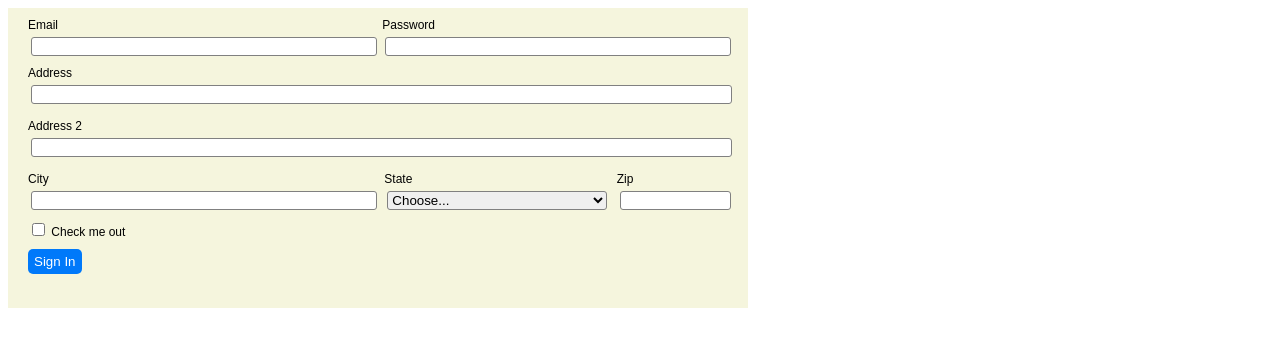
Repository: LongNguyen2504/T3H-FrondEnd
Page: Lesson3_CSS_HomeWork2.html
The author's editor kept a copy of each file at every save. The page is drawn from the files as they stood at one save, then again after the next save.
The browser window is 1280 px wide. The pictures show the whole page.

Above is the page before, as saved 2021-12-01 20:26:58.

### Lesson3_CSS_HomeWork2.html
<!DOCTYPE html>
<html lang="en">
<head>
    <meta charset="UTF-8">
    <meta http-equiv="X-UA-Compatible" content="IE=edge">
    <meta name="viewport" content="width=device-width, initial-scale=1.0">
    <title>Document</title>
    <link rel="stylesheet" href="Lesson3_CSS_HomeWork2.css">
</head>
<body>
    <div class="ancestor-div">
        <div class="email-div">
            <label class="label-position" for="input-email">Email</label><br>
            <input id="input-email" type="text" name="email" >
        </div>
        <div class="password-div">
            <label class="label-position" for="input-password">Password</label><br>
            <input id="input-password" type="password" name="password" >
        </div>
        <div class="address1">
            <label class="label-position" for="input-address1">Address</label><br>
            <input id="input-address1" type="text" name="address1" >
        </div>
        <div class="address2">
            <label class="label-position" for="input-address2">Address 2</label><br>
            <input id="input-address2" type="text" name="address2" >
        </div>
        <div class="city-div">
            <label class="label-position" for="input-city">City</label><br>
            <input type="text" name="city" id="input-city">
        </div>
        <div class="state-div">
            <label class="label-position" for="input-state">State</label><br>
            <select name="input-state" id="input-state" >
                <option value="">Choose...</option>
                <option value="">Arizona</option>
                <option value="">California</option>
            </select>

        </div>
        <div class="zip-div">
            <label class="label-position" for="input-zip">Zip</label><br>
            <input type="number" id="input-zip" name="zip">
        </div>
        <div class="checkbox-div">
            <input type="checkbox" id="input-checkbox" name="checked">
            <label for="input-checkbox">Check me out</label>
        </div>
        <div class="signIn-button">
            <input type="submit" value="Sign In" name="submit-checked" id="submit-button" >
        </div>
    </div>

</body>
</html>

### Lesson3_CSS_HomeWork2.css
div.ancestor-div{
    width: 740px;
    height: 300px;
    background-color: #f5f5dd;
    /* background-color: grey; */
    font-family: Arial, Helvetica, sans-serif;
    font-size: 12px;
}
div.email-div #input-email{

    width: 340px;
    margin-left: 3px;
    border-radius: 3px;
    border: 1px solid grey;
}
div.password-div #input-password{

    width: 340px;
    margin-left: 3px;
    border-radius: 3px;
    border: 1px solid grey;

}
.label-position{
    position: relative;
    bottom: 5px;
    /* left: 1px; */
}
div.email-div{
    display: inline-block;
    position: relative;
    left: 20px;
    top: 15px;
}
div.password-div{
    display: inline-block;
    position: relative;
    left: 22px;
    top: 15px;
}
div.address1{
    position: relative;
    top: 30px;
    left: 20px;
}
div.address2{
    position: relative;
    top: 50px;
    left: 20px;
}
div.address1 #input-address1,div.address2 #input-address2{
    width: 695px;
    margin-left: 3px;
    border-radius: 3px;
    border: 1px solid grey;
}
div.city-div{
    display: inline-block;
    position: relative;
    top: 70px;
    left: 20px;
}
div.state-div{
    display: inline-block;
    position: relative;
    top: 70px;
    left: 24px;
}
div.zip-div{
    display: inline-block;
    position: relative;
    top: 70px;
    left: 30px;
}
div.city-div #input-city{
    width: 340px;
    margin-left: 3px;
    border-radius: 3px;
    border: 1px solid grey;
}
div.state-div #input-state{
    width: 220px;
    margin-left: 3px;
    border-radius: 3px;
    border: 1px solid grey;

}
div.zip-div #input-zip{
    width: 105px;
    margin-left: 3px;
    border-radius: 3px;
    border: 1px solid grey;
}
div.checkbox-div{
    position: relative;
    top: 80px;
    left: 20px;
}
div.signIn-button{
    position: relative;
    top: 90px;
    left: 20px;
}
div.signIn-button #submit-button{
    height: 25px;
    background-color: #0079fa;
    color: white;
    border-radius: 5px;
    border: none;
}

After the next save:
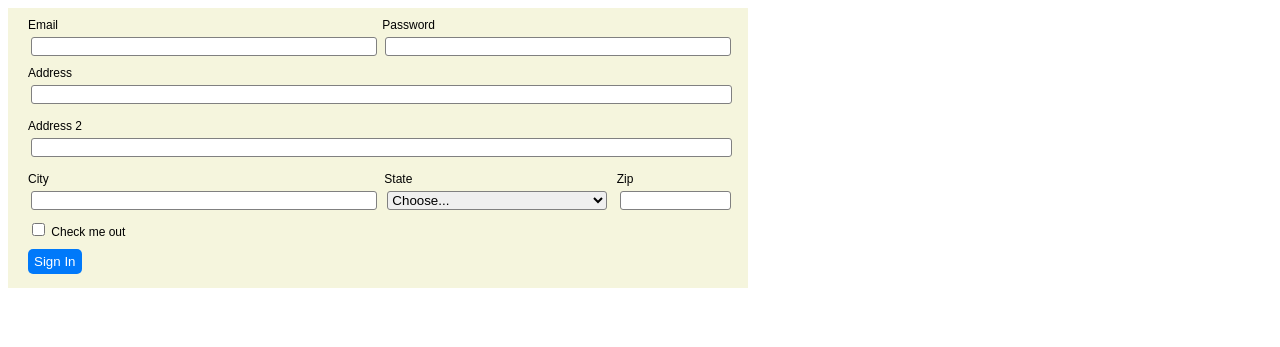
Saved 99 s later.
--- a/Lesson3_CSS_HomeWork2.css
+++ b/Lesson3_CSS_HomeWork2.css
@@ -1,6 +1,6 @@
 div.ancestor-div{
     width: 740px;
-    height: 300px;
+    height: 280px;
     background-color: #f5f5dd;
     /* background-color: grey; */
     font-family: Arial, Helvetica, sans-serif;
